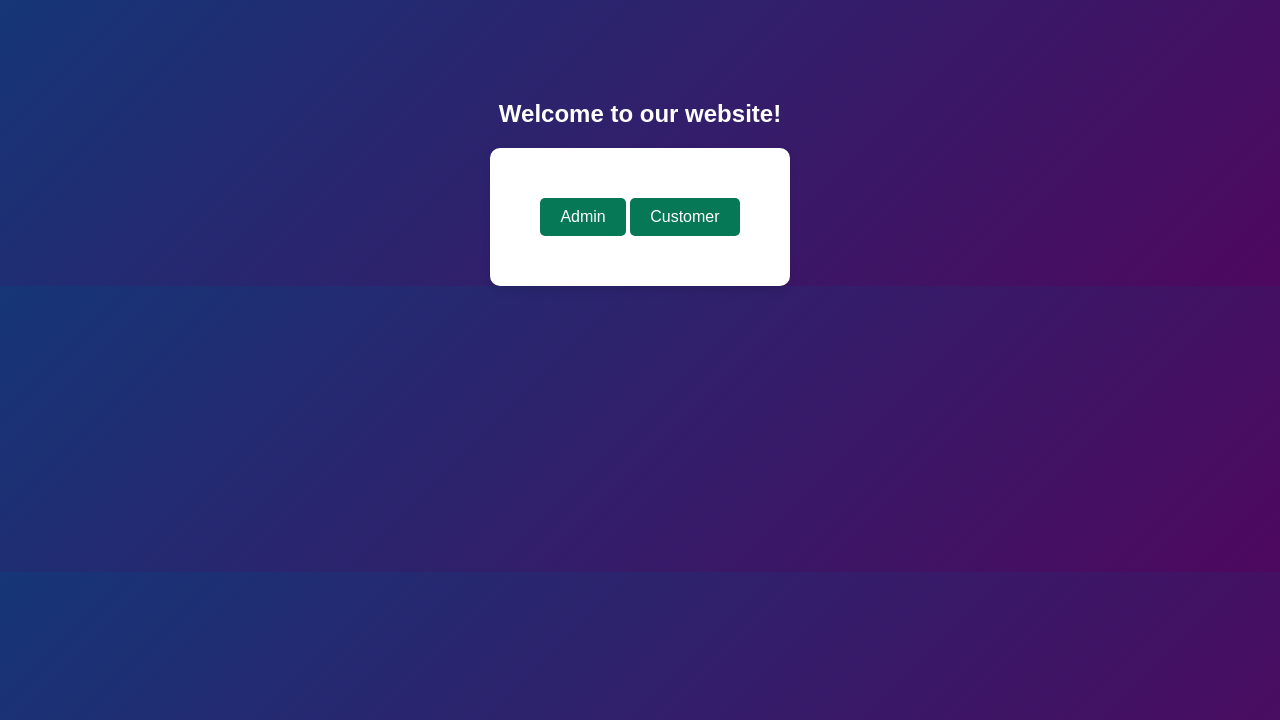
Repository: gauravraj08/bankingSystemJspServlet
Page: http://localhost/BankMangementSystem/
These files come from the project's save history. The page is drawn as it stood at one moment and after the next save; the edit follows.
The browser window is 1280 px wide. The pictures show the whole page.
The page is served by Tomcat 9. Other server files are loaded and not shown.

Above is the page before, as saved 2024-04-20 20:56:21.

### BankMangementSystem/src/main/webapp/index.jsp
<!DOCTYPE html>
<html>
<head>
    <title>Welcome</title>
    <link rel="stylesheet" type="text/css" href="css/index.css">
</head>
<style>
body {
    font-family: Arial, sans-serif;
    margin: 0;
    padding: 0;
    width: 100%;
    background: linear-gradient(135deg,#153677,#4e085f);

}

.container {
    text-align: center;
    margin-top: 100px;
}

h2 {
    color: #fff;
}

.card-container {
    display: flex;
    justify-content: center;
    margin-top: 20px;
}

.card {
    padding: 50px;
    margin: 0 10px;
    border-radius: 10px;
    background-color: #fff; /* Card background color */
    box-shadow: 0 4px 8px rgba(0, 0, 0, 0.1);
}

button {
    padding: 10px 20px;
    font-size: 16px;
    cursor: pointer;
    border: none;
    border-radius: 5px;
    background-color: #077855;
    color: #fff;
    transition: background-color 0.3s;
    justify-content:space-between;
}

button:hover {
    background-color: #0056b3;
}

</style>
<body>
    <div class="container">
        <h2>Welcome to our website!</h2>
        <div class="card-container">
            <form action="redirect" method="post">
                <div class="card">
                    <button type="submit" name="userType" value="admin">Admin</button>

                    <button type="submit" name="userType" value="customer">Customer</button>
                </div>
            </form>
        </div>
    </div>
</body>
</html>

### BankMangementSystem/src/main/webapp/css/index.css
body {
    font-family: Arial, sans-serif;
    background-color: #f0f0f0; /* Background color */
    margin: 0;
    padding: 0;
}

.container {
    text-align: center;
    margin-top: 100px; /* Adjust as needed */
}

h2 {
    color: #333;
}

.card-container {
    display: flex;
    justify-content: center;
    margin-top: 20px;
}

.card {
    padding: 20px;
    margin: 0 10px;
    border-radius: 10px;
    background-color: #fff; /* Card background color */
    box-shadow: 0 4px 8px rgba(0, 0, 0, 0.1);
}

button {
    padding: 10px 20px;
    font-size: 16px;
    cursor: pointer;
    border: none;
    border-radius: 5px;
    background-color: #007bff;
    color: #fff;
    transition: background-color 0.3s;
}

button:hover {
    background-color: #0056b3;
}

After the next save:
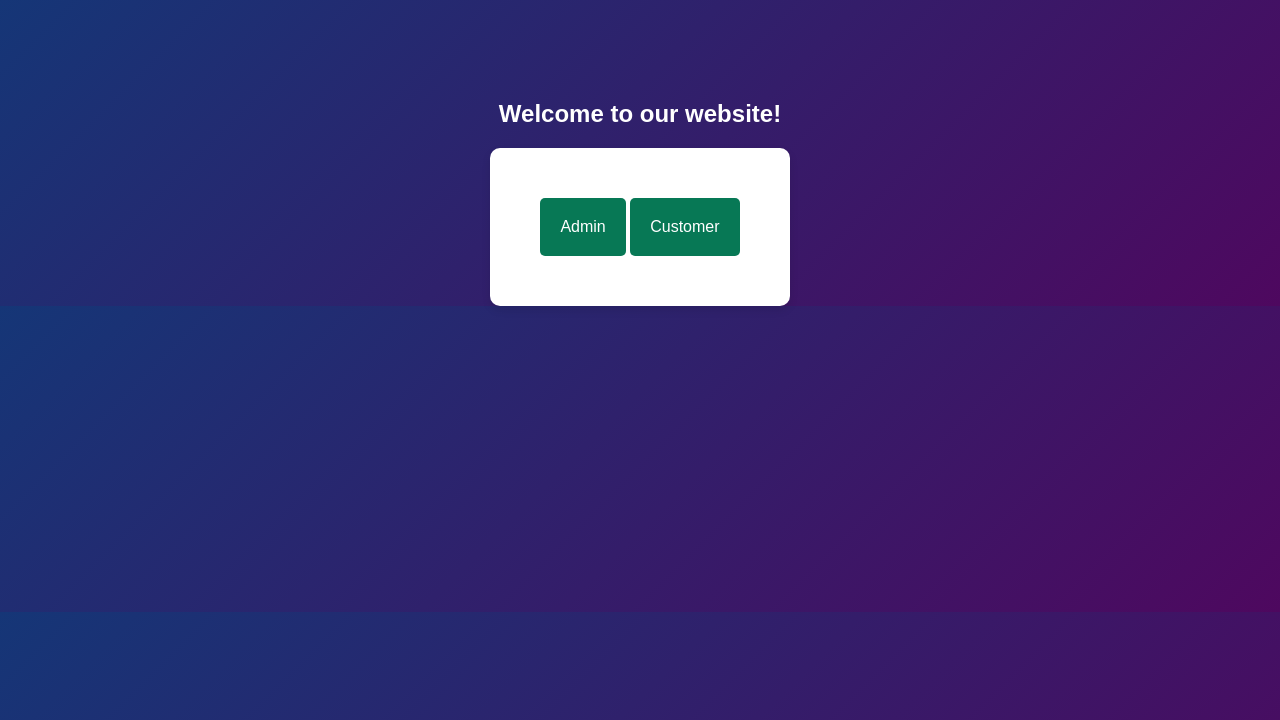
Saved 24 s later.
--- a/BankMangementSystem/src/main/webapp/index.jsp
+++ b/BankMangementSystem/src/main/webapp/index.jsp
@@ -38,7 +38,7 @@
 }
 
 button {
-    padding: 10px 20px;
+    padding: 20px 20px;
     font-size: 16px;
     cursor: pointer;
     border: none;

After the save that followed:
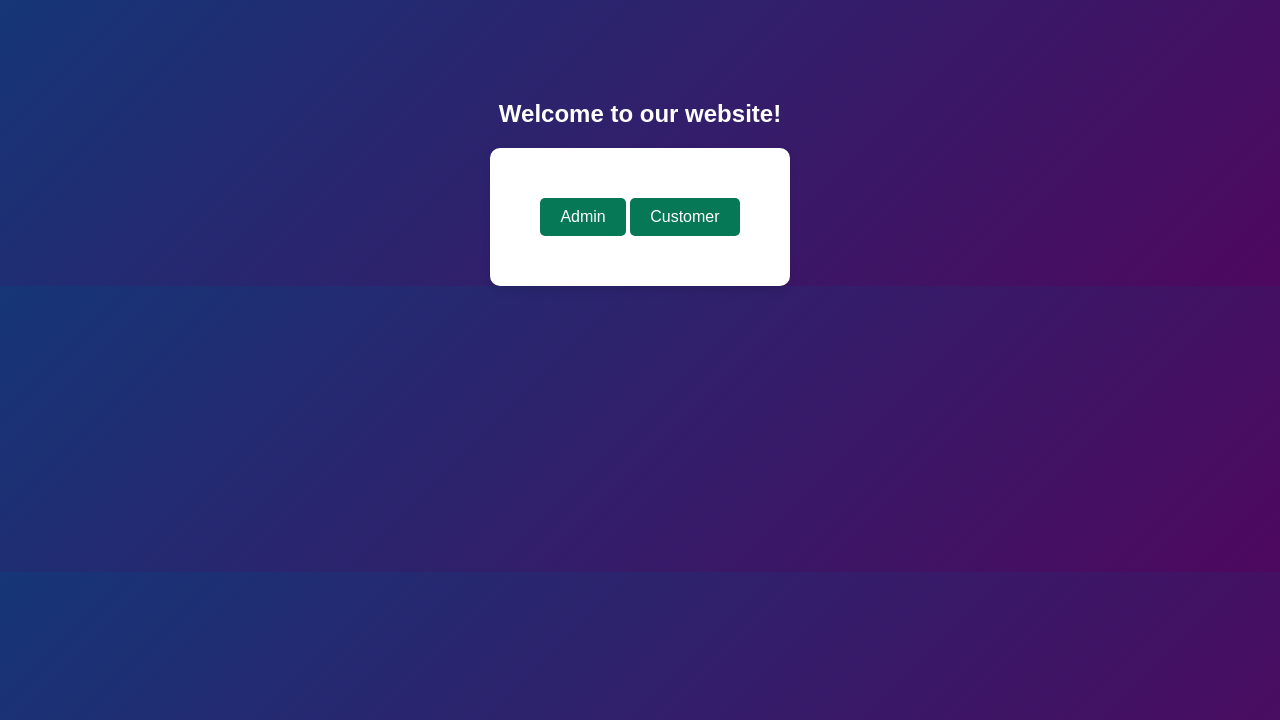
Saved 10 s later.
--- a/BankMangementSystem/src/main/webapp/index.jsp
+++ b/BankMangementSystem/src/main/webapp/index.jsp
@@ -38,7 +38,7 @@
 }
 
 button {
-    padding: 20px 20px;
+    padding: 10px 20px;
     font-size: 16px;
     cursor: pointer;
     border: none;
